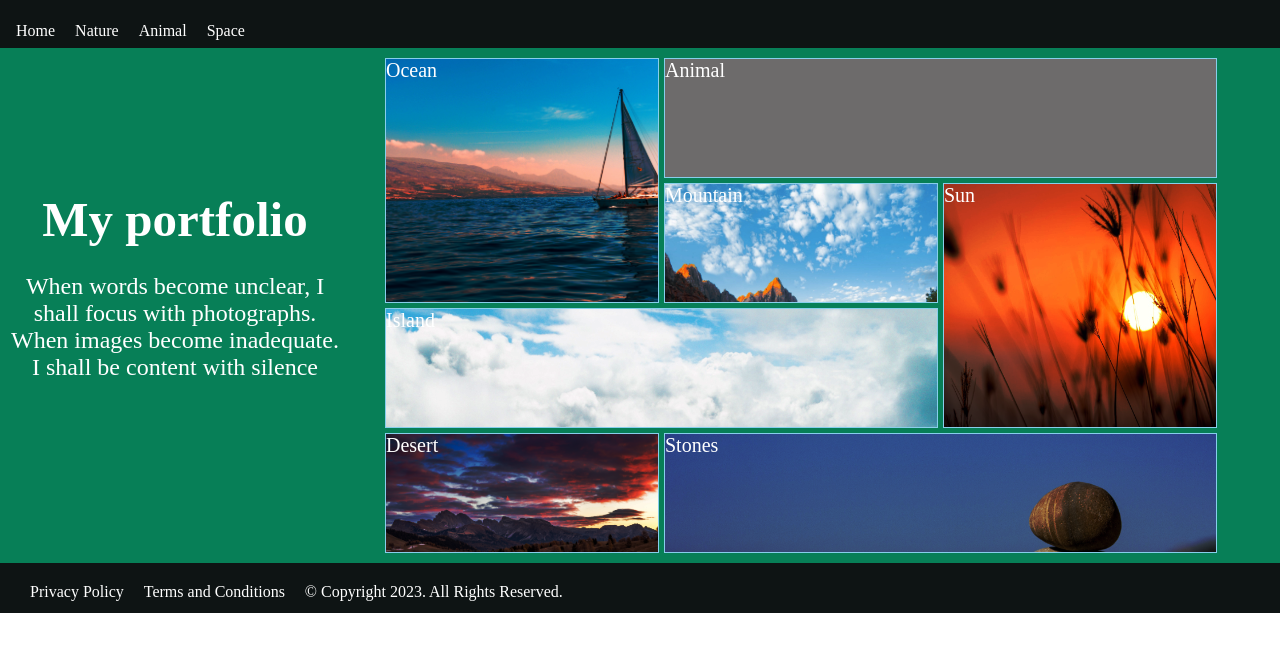
Repository: suraj-yadav7/03_Gallery_Portfolio
Page: index.html
The author's editor kept a copy of each file at every save. The page is drawn from the files as they stood at one save, then again after the next save.
The browser window is 1280 px wide. The pictures show the whole page.
Pictures or frames that could not be fetched are drawn as grey boxes. Some web fonts or font styles are not loaded; a fallback is used.

Above is the page before, as saved 2023-02-14 21:37:20.

After the next save:
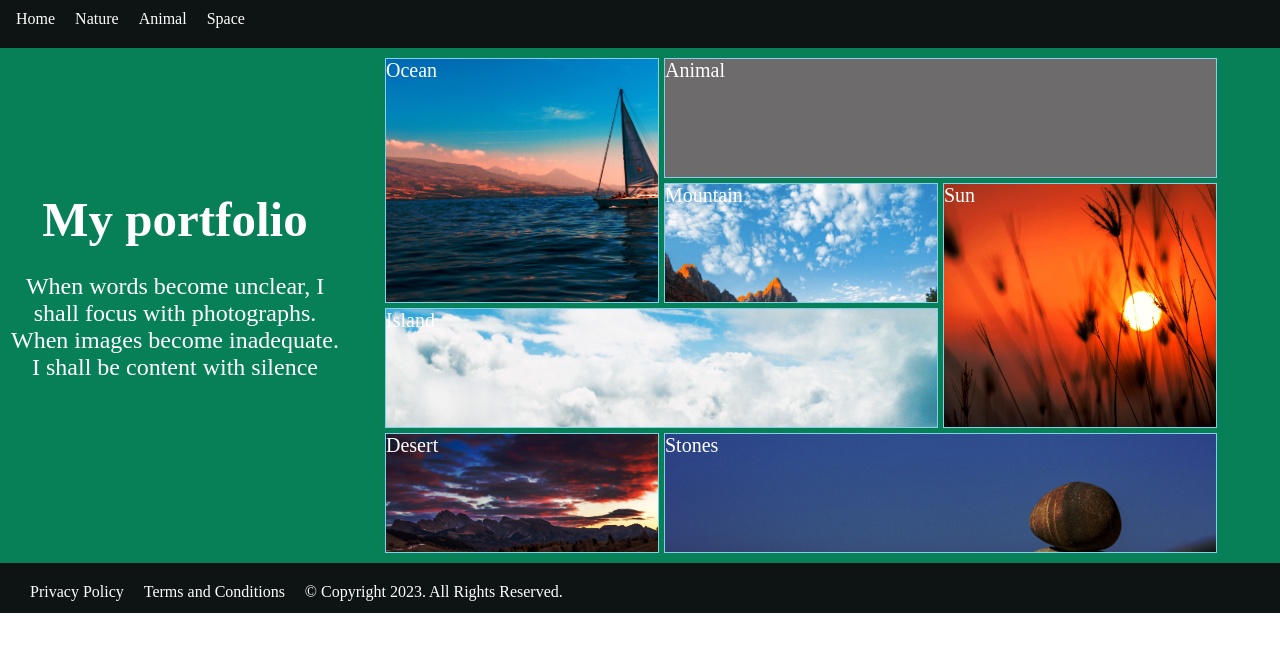
Saved 7 s later.
--- a/style.css
+++ b/style.css
@@ -44,7 +44,7 @@ a{
 .nav-item{
     gap: 20px;
     list-style: none;
-    margin-top: 0.4rem;
+    margin-top: -0.4rem;
 }
 a:hover{
     color:#fff;
